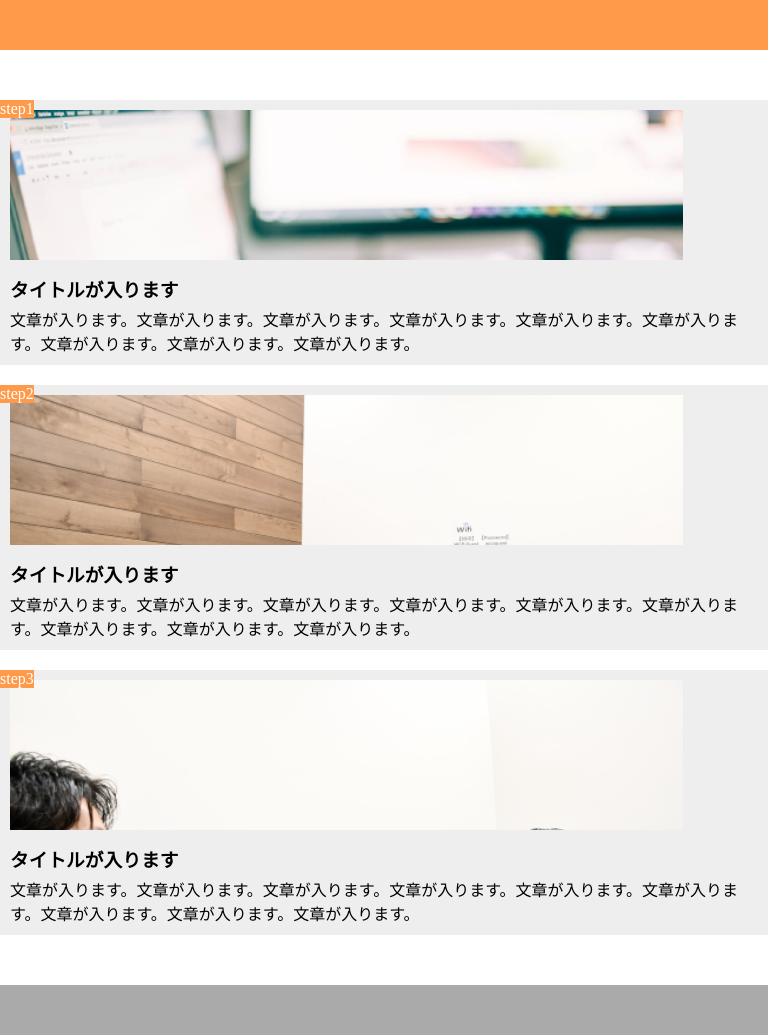
Repository: mitoma99/task4
Page: Task/Task.html
The author's editor kept a record of every edit. The page is drawn from the files as they stood at one moment, then again after the next edit.
The browser window is 768 px wide. The pictures show the whole page.

Above is the page before.

After the next edit:
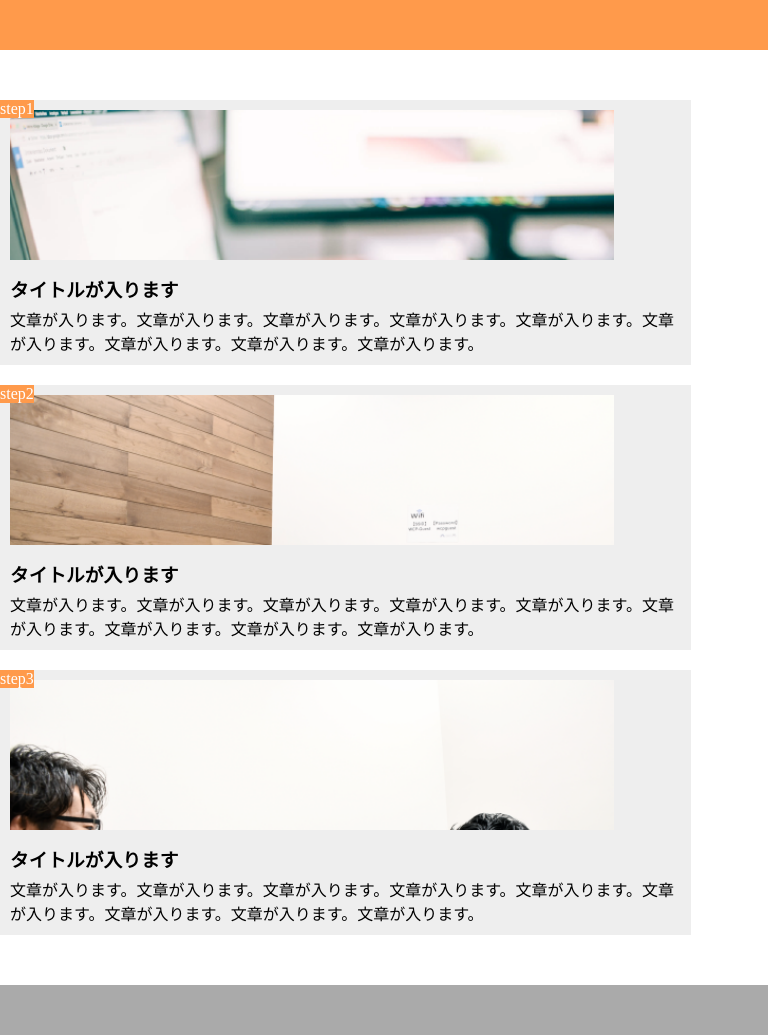
The edit:
--- a/Task/Task.css
+++ b/Task/Task.css
@@ -84,7 +84,7 @@
   }
 
   .main-box{
-    width: 100%;
+    width: 90%;
     margin-bottom: 20px;
     margin-right:0px;
   }
